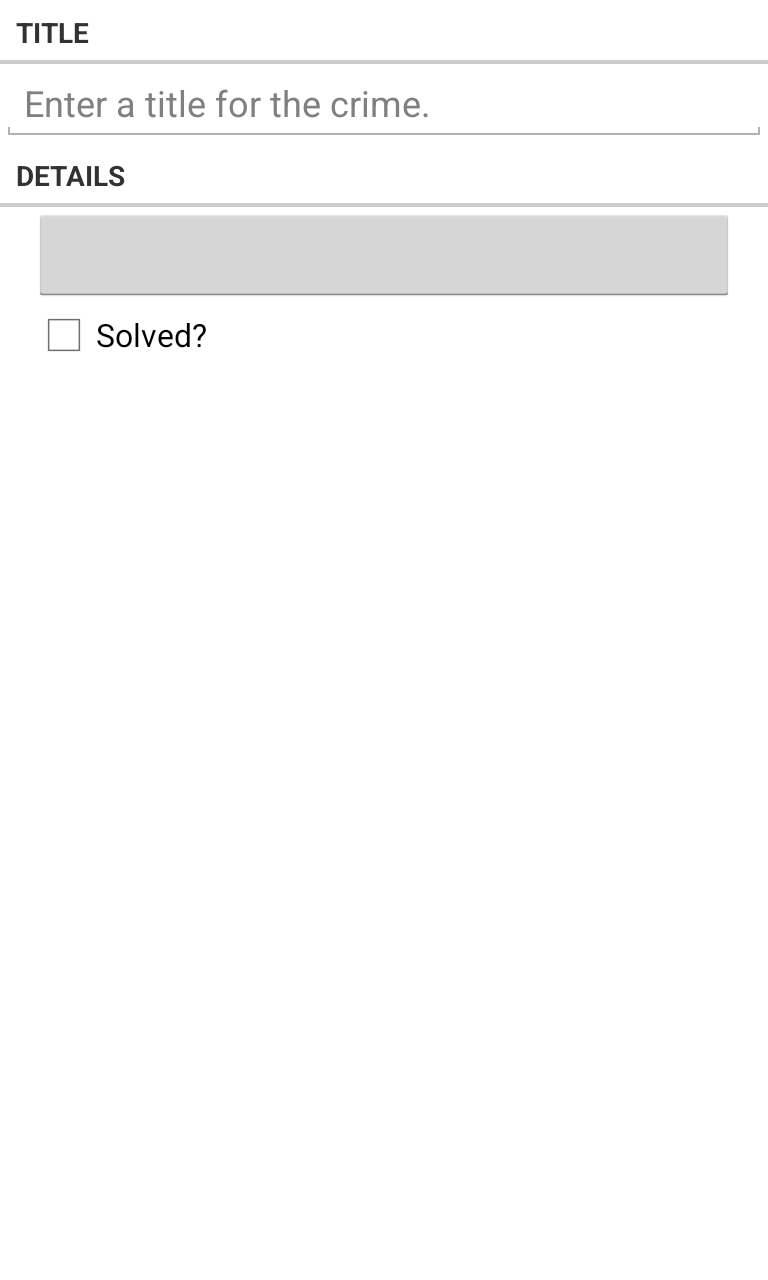
Repository: ag993/UofL_Android_Homework
Layout: homework5/Criminal Intent/res/layout/fragment_crime.xml
The author's editor kept a copy of each file at every save. The layout is drawn from the files as they stood at one save, then again after the next save.
It is drawn on a 768 x 1280 px phone screen (xhdpi) without system bars, with theme AppTheme; the app's code is not run.

Above is the layout before, as saved 2013-10-21 20:24:00.

After the next save:
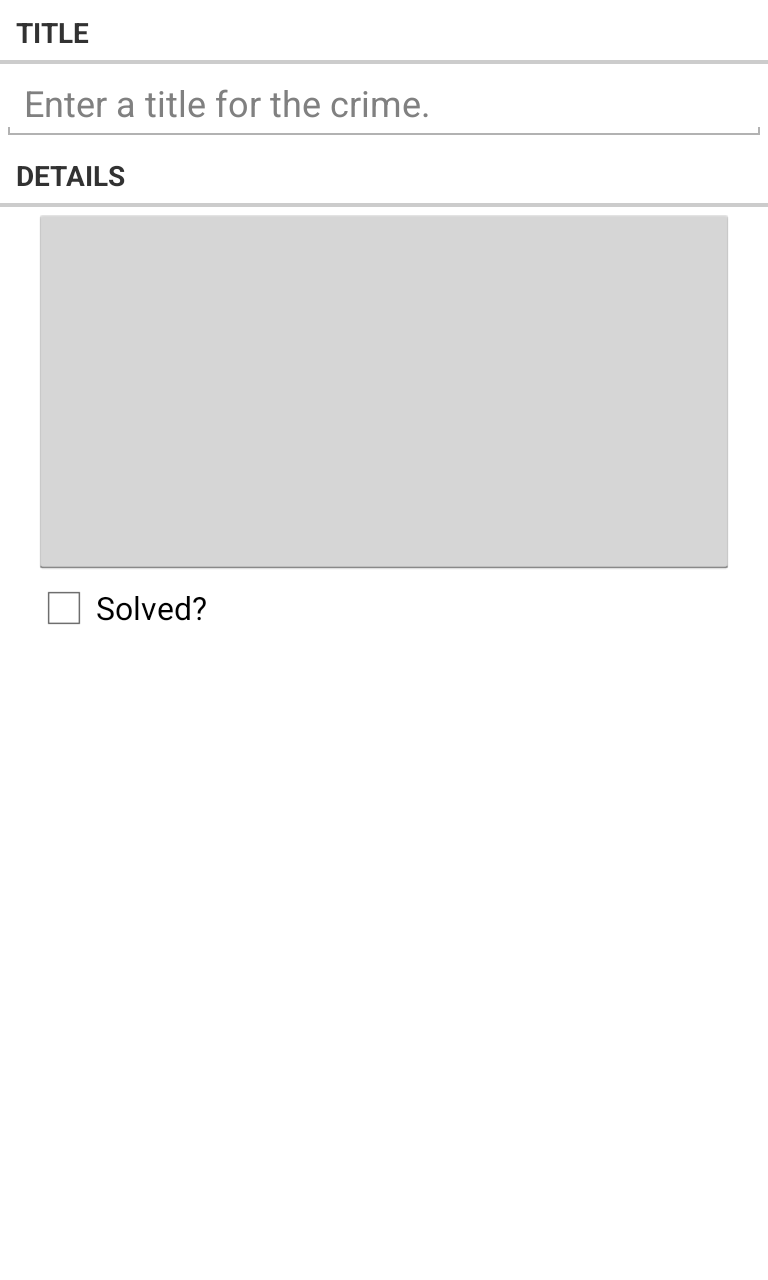
Saved 96 s later.
--- a/homework5/Criminal Intent/res/layout/fragment_crime.xml
+++ b/homework5/Criminal Intent/res/layout/fragment_crime.xml
@@ -30,6 +30,7 @@
         android:layout_height="wrap_content"
         android:layout_marginLeft="16dp"
         android:layout_marginRight="16dp"
+        android:padding="80dp"
         />
 
     <CheckBox
